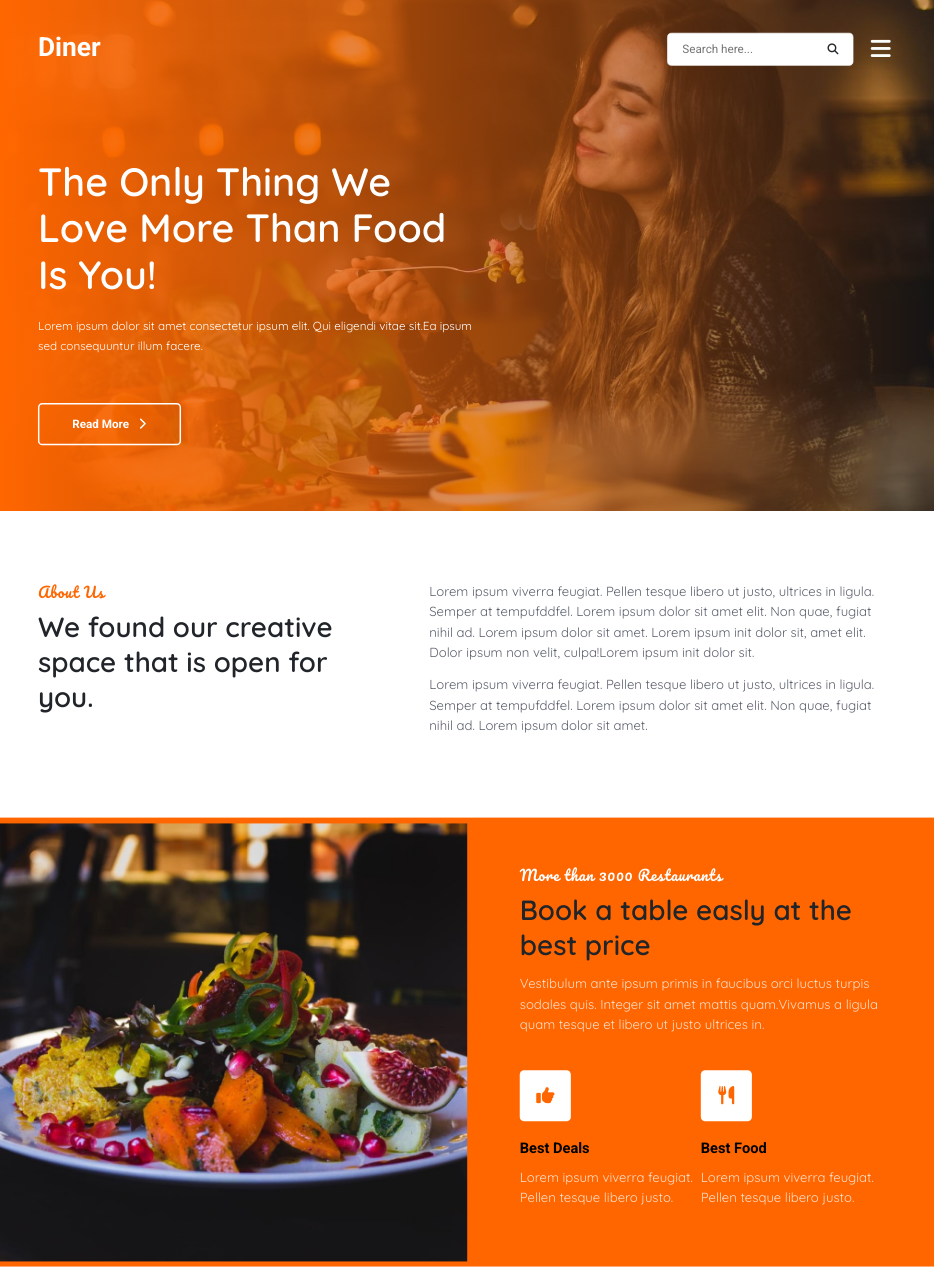
Repository: minhtrivu6199/Diner
Page: index.html
These files come from the project's save history. The page is drawn as it stood at one moment and after the next save; the edit follows.
The browser window is 1280 px wide. The pictures show the whole page, at 73% of full size.
Backgrounds fixed to the window are drawn as part of the page. The style sheet was rebuilt from its Sass, Less or Tailwind sources for each picture, by a compiler version that may differ from the author's.

Above is the page before, as saved 2022-10-10 16:17:38.

### index.html
<!DOCTYPE html>
<html lang="en">
  <head>
    <title>Title</title>
    <!-- Required meta tags -->
    <meta charset="utf-8" />
    <meta
      name="viewport"
      content="width=device-width, initial-scale=1, shrink-to-fit=no"
    />
    <!-- FontAwesome 6.2.0 CSS -->
    <link
      rel="stylesheet"
      href="https://cdnjs.cloudflare.com/ajax/libs/font-awesome/6.2.0/css/all.min.css"
      integrity="sha512-xh6O/CkQoPOWDdYTDqeRdPCVd1SpvCA9XXcUnZS2FmJNp1coAFzvtCN9BmamE+4aHK8yyUHUSCcJHgXloTyT2A=="
      crossorigin="anonymous"
      referrerpolicy="no-referrer"
    />

    <!-- Font -->
    <link rel="preconnect" href="https://fonts.googleapis.com" />
    <link rel="preconnect" href="https://fonts.gstatic.com" crossorigin />
    <link
      href="https://fonts.googleapis.com/css2?family=Roboto:wght@100;300;400;500;700;900&display=swap"
      rel="stylesheet"
    />
    <link
      href="https://fonts.googleapis.com/css2?family=Pacifico&display=swap"
      rel="stylesheet"
    />
    <link
      href="https://fonts.googleapis.com/css2?family=Quicksand:wght@300;400;500;600;700&display=swap"
      rel="stylesheet"
    />

    <!-- Bootstrap CSS v5.2.1 -->
    <link
      href="https://cdn.jsdelivr.net/npm/bootstrap@5.2.1/dist/css/bootstrap.min.css"
      rel="stylesheet"
      integrity="sha384-iYQeCzEYFbKjA/T2uDLTpkwGzCiq6soy8tYaI1GyVh/UjpbCx/TYkiZhlZB6+fzT"
      crossorigin="anonymous"
    />
    <!-- CSS -->
    <link rel="stylesheet" href="./css/style.min.css" />
  </head>

  <body>
    <!-- HEADER BANNER -->
    <section class="header-banner">
      <div class="container">
        <!-- BANNER HEADER -->
        <div class="banner-header">
          <div class="banner-logo">
            <h1>
              <a href="" class="logo-brand">Diner</a>
            </h1>
          </div>
          <div class="banner-right-content">
            <div class="search-bar">
              <form class="search position-relative">
                <input
                  type="search"
                  class="search-input"
                  placeholder="Search here..."
                />
                <span class="fa fa-search search-icon"></span>
              </form>
            </div>
            <div class="menu text-center">
              <div class="mobile-position">
                <nav class="navigation">
                  <!-- <div class="theme-switch-wrapper">
                    <label for="checkbox" class="theme-switch">
                      <input type="checkbox" id="checkbox" />
                      <div class="mode-container">
                        <i class="fa fa-sun"></i>
                        <i class="fa fa-moon"></i>
                      </div>
                    </label>
                  </div> -->
                </nav>
              </div>
              <div class="mobile-nav-button text-center">
                <button id="trigger-overlay" type="button">
                  <i class="fa fa-bars" aria-hidden="true"></i>
                </button>
              </div>
            </div>
          </div>
          <!-- NAV MENU -->
          <div class="overlay overlay-scale">
            <button type="button" class="overlay-close">
              <i class="fa fa-times" aria-hidden="true"></i>
            </button>

            <nav>
              <ul>
                <li><a href="index.html" class="active">Home</a></li>
                <li><a href="about.html">About</a></li>
                <li><a href="services.html">Services</a></li>
                <li><a href="blog.html">Blog</a></li>
                <li><a href="error.html">404</a></li>
                <li><a href="">Landing Page</a></li>
                <li><a href="contact.html">Contact</a></li>
                <li><a href="">Shot Codes</a></li>
                <li><a href="">Email</a></li>
              </ul>
            </nav>
          </div>
          <!-- END NAV MENU -->
        </div>
        <!-- END BANNER HEADER -->
        <div class="banner-info">
          <h3 class="mb-4 title">The only thing we love more than food is you!</h3>
          <div class="separator"></div>
          <p class="pr-lg-5 mt-md-4 mt-3">
            Lorem ipsum dolor sit amet consectetur ipsum elit. Qui eligendi
            vitae sit.Ea ipsum sed consequuntur illum facere.
          </p>
          <a class="btn btn-white mt-sm-5 mt-4 mr-2" href="about.html">
            Read More
            <span class="fa fa-chevron-right ms-2" aria-hidden="true"></span>
          </a>
        </div>
      </div>
    </section>
    <!-- END HEADER -->

    <!-- ABOUT -->
    <section class="about-us py-5">
      <div class="container py-md-5">
        <div class="row content">
          <div class="col-lg-5 content-left">
            <div class="about-title">
              <h6 class="subtitle">About Us</h6>
              <h3 class="title mb-4">
                We found our creative space that is open for you.
              </h3>
            </div>
          </div>
          <div class="col-lg-7 content-right ps-lg-5">
            <p>
              Lorem ipsum viverra feugiat. Pellen tesque libero ut justo, ultrices in ligula. Semper at tempufddfel. Lorem ipsum dolor sit amet elit. Non quae, fugiat nihil ad. Lorem ipsum dolor sit amet. Lorem ipsum init dolor sit, amet elit. Dolor ipsum non velit, culpa!Lorem ipsum init dolor sit.
            </p>
            <p class="mt-3">
              Lorem ipsum viverra feugiat. Pellen tesque libero ut justo, ultrices in ligula. Semper at tempufddfel. Lorem ipsum dolor sit amet elit. Non quae, fugiat nihil ad. Lorem ipsum dolor sit amet.
            </p>
          </div>
        </div>
      </div>
    </section>
    <!-- END ABOUT -->

    <!-- AGENT -->
    <section class="agent">
      <div class="container-fluid">
        <div class="row align-items-center gx-0">
          <div class="col-lg-6 pt-lg-0 pt-5">
            <div class="agent-image"></div>
          </div>
          <div class="col-lg-6 px-lg-4 py-lg-3 py-4">
            <div class="agent-info p-md-5 p-3">
              <h6 class="subtitle">
                More than 3000 Restaurants
              </h6>
              <h3 class="title">
                Book a table easly at the best price
              </h3>
              <p class="my-3">
                Vestibulum ante ipsum primis in faucibus orci luctus turpis sodales quis. Integer sit amet mattis quam.Vivamus a ligula quam tesque et libero ut justo ultrices in.
              </p>
              <div class="agent-interactive mt-5 gx-3">
                <div class="gd">
                  <div class="icon mb-4">
                    <span class="fa fa-thumbs-up"></span>
                  </div>
                  <a href="#" class="gd-link">Best Deals</a>
                  <p class="mt-2">
                    Lorem ipsum viverra feugiat. Pellen tesque libero justo.
                  </p>
                </div>
                <div class="gd">
                  <div class="icon mb-4">
                    <span class="fa fa-cutlery"></span>
                  </div>
                  <a href="#" class="gd-link">Best Food</a>
                  <p class="mt-2">
                    Lorem ipsum viverra feugiat. Pellen tesque libero justo.
                  </p>
                </div>
              </div>
            </div>
          </div>
        </div>
      </div>
    </section>
    <!-- END AGENT -->

    <!-- Bootstrap JavaScript Libraries -->
    <script
      src="https://cdn.jsdelivr.net/npm/@popperjs/core@2.11.6/dist/umd/popper.min.js"
      integrity="sha384-oBqDVmMz9ATKxIep9tiCxS/Z9fNfEXiDAYTujMAeBAsjFuCZSmKbSSUnQlmh/jp3"
      crossorigin="anonymous"
    ></script>

    <script
      src="https://cdn.jsdelivr.net/npm/bootstrap@5.2.1/dist/js/bootstrap.min.js"
      integrity="sha384-7VPbUDkoPSGFnVtYi0QogXtr74QeVeeIs99Qfg5YCF+TidwNdjvaKZX19NZ/e6oz"
      crossorigin="anonymous"
    ></script>

    <!-- JS -->
    <script src="./js/modernizr-2.6.2.min.js"></script>
    <script src="./js/classie.js"></script>
    <script src="./js/main.js"></script>
  </body>
</html>

### js/classie.js
/*!
 * classie - class helper functions
 * from bonzo https://github.com/ded/bonzo
 *
 * classie.has( elem, 'my-class' ) -> true/false
 * classie.add( elem, 'my-new-class' )
 * classie.remove( elem, 'my-unwanted-class' )
 * classie.toggle( elem, 'my-class' )
 */

/*jshint browser: true, strict: true, undef: true */
/*global define: false */

(function (window) {
  "use strict";

  // class helper functions from bonzo https://github.com/ded/bonzo

  function classReg(className) {
    return new RegExp("(^|\\s+)" + className + "(\\s+|$)");
  }

  // classList support for class management
  // altho to be fair, the api sucks because it won't accept multiple classes at once
  var hasClass, addClass, removeClass;

  if ("classList" in document.documentElement) {
    hasClass = function (elem, c) {
      return elem.classList.contains(c);
    };
    addClass = function (elem, c) {
      elem.classList.add(c);
    };
    removeClass = function (elem, c) {
      elem.classList.remove(c);
    };
  } else {
    hasClass = function (elem, c) {
      return classReg(c).test(elem.className);
    };
    addClass = function (elem, c) {
      if (!hasClass(elem, c)) {
        elem.className = elem.className + " " + c;
      }
    };
    removeClass = function (elem, c) {
      elem.className = elem.className.replace(classReg(c), " ");
    };
  }

  function toggleClass(elem, c) {
    var fn = hasClass(elem, c) ? removeClass : addClass;
    fn(elem, c);
  }

  var classie = {
    // full names
    hasClass: hasClass,
    addClass: addClass,
    removeClass: removeClass,
    toggleClass: toggleClass,
    // short names
    has: hasClass,
    add: addClass,
    remove: removeClass,
    toggle: toggleClass,
  };

  // transport
  if (typeof define === "function" && define.amd) {
    // AMD
    define(classie);
  } else {
    // browser global
    window.classie = classie;
  }
})(window);

### js/main.js
(function () {
  var container = document.querySelector("div.container"),
    triggerBttn = document.getElementById("trigger-overlay"),
    overlay = document.querySelector("div.overlay"),
    closeBttn = overlay.querySelector("button.overlay-close");
  (transEndEventNames = {
    WebkitTransition: "webkitTransitionEnd",
    MozTransition: "transitionend",
    OTransition: "oTransitionEnd",
    msTransition: "MSTransitionEnd",
    transition: "transitionend",
  }),
    (transEndEventName = transEndEventNames[Modernizr.prefixed("transition")]),
    (support = { transitions: Modernizr.csstransitions });

  function toggleOverlay() {
    if (classie.has(overlay, "open")) {
      classie.remove(overlay, "open");
      classie.remove(container, "overlay-open");
      classie.add(overlay, "close");
      var onEndTransitionFn = function (ev) {
        if (support.transitions) {
          if (ev.propertyName !== "visibility") return;
          this.removeEventListener(transEndEventName, onEndTransitionFn);
        }
        classie.remove(overlay, "close");
      };
      if (support.transitions) {
        overlay.addEventListener(transEndEventName, onEndTransitionFn);
      } else {
        onEndTransitionFn();
      }
    } else if (!classie.has(overlay, "close")) {
      classie.add(overlay, "open");
      classie.add(container, "overlay-open");
    }
  }

  triggerBttn.addEventListener("click", toggleOverlay);
  closeBttn.addEventListener("click", toggleOverlay);
})();

### scss/style.scss
@import "./base/variables";
@import "./pages/components/menu";



.header-banner {
  background-image: linear-gradient(to right, $orange, hsl(30deg 100% 1% / 20%)),
    url(../img/banner1.jpg);
  background-size: cover;
  background-position: initial;
  background-repeat: no-repeat;
  background-attachment: fixed;
  min-height: 700px;
  .container {
    .banner-header {
      display: flex;
      justify-content: space-between;
      align-items: center;
      padding: 40px 0 20px 0;
      .banner-logo {
        .logo-brand {
          font-size: 36px;
          font-weight: 700;
          color: $white;
        }
      }

      .banner-right-content {
        display: flex;
        justify-content: center;
        align-items: center;
        .search-bar {
          display: flex;
          .search {
            .search-input {
              padding: 10px 50px 10px 20px;
              height: 45px;
              font-size: 16px;
              color: $font-color;
              font-weight: 400;
              border-radius: 6px;
              position: relative;
              right: 0;
              background: $white;
              outline: 0;
              border: 1px solid $white;
            }
            .search-icon {
              position: absolute;
              right: 20px;
              font-size: 15px;
              cursor: pointer;
              top: 15px;
            }
          }
        }

        .menu {
          display: flex;
          justify-content: center;
          align-items: center;
          .mobile-nav-button {
            margin-left: 1rem;
          }
        }
      }
    }

    .banner-info {
        max-width: 600px;
        text-align: left;
        margin-top: 100px;
        h3 {
            font-size: 54px;
            line-height: 64px;
            text-transform: capitalize;
            color: $white;
        }
        p {
            font-size: 16px;
            line-height: 28px;
            color: $white;
        }

        .btn-white {
            background: transparent;
            border: 2px solid $white;
            color: $white;
            padding: 12px 45px;
            font-size: 16px;
            line-height: 30px;
            font-weight: 700;
            transition: 0.3s ease-in;
            border-radius: 6px;

            &:hover {
                background: $white;
                color: $orange;
            }
        }
    }
  }
}


.about-us {
    .container {
        .content {
            .content-right {
                p {
                    color: $font-color;
                }
            }
        }
    }
}

.agent {
    background: $orange;
    .container-fluid {
        margin: 0;
        padding: 0;
        .agent-image {
            background-image: url(../img/banner3.jpg);
            background-repeat: no-repeat;
            background-size: cover;
            background-position: center;
            position: relative;
            z-index: 1;
            min-height: 600px;
        }

        .agent-info {
            .subtitle {
                color: $white;
            }
            p {
                color: #ffdfc9;
            }
        }

        .agent-interactive {
            display: grid;
            grid-template-columns: 1fr 1fr;
            row-gap: 30px;
            .icon {
                background: $white;
                width: 70px;
                height: 70px;
                text-align: center;
                line-height: 70px;
                border-radius: 6px;
                transition: 0.3s ease-in-out;
                span.fa {
                    color: $orange;
                    font-size: 25px;
                    line-height:  70px;
                }
            }
            .gd-link {
                color: #000;
                font-weight: 700;
                line-height: 1.2;
                margin-bottom: 15px;
                font-size: 20px;
                display: block;
            }
        }
    }
}

### scss/base/_variables.scss
// Color
$blue: #007bff;
$indigo: #6610f2;
$purple: #6f42c1;
$pink: #e83e8c;
$red: #dc3545;
$orange: #ff6600;
$yellow: #ffc107;
$green: #28a745;
$teal: #20c997;
$cyan: #17a2b8;
$white: #fff;
$gray: #6c757d;
$gray-dark: #343a40;
$light-orange: #f8b195;
$success: #28a745;
$info: #17a2b8;
$warning: #ffc107;
$danger: #dc3545;
$light: #f8f9fa;
$dark: #343a40;
$font-color: rgba(22, 28, 45, 0.7);

*, ::after, ::before {
    margin: 0;
    padding: 0;
    box-sizing: border-box;
}

html,
body {
  font-family: "Roboto", sans-serif;
}
a {
  text-decoration: none;
  background-color: transparent;
  cursor: pointer;
}

.container {
    max-width: 1200px;
}

.subtitle {
    font-family: 'Pacifico', cursive;
    font-size: 20px;
    font-weight: 400;
    line-height: 30px;
    letter-spacing: 1px;
    color: $orange;
}

.title {
    font-size: 38px;
    line-height: 48px;
    font-weight: 600;
    font-family: 'Quicksand', sans-serif;
}

p {
    font-size: 18px;
    line-height: 28px;
    font-family: 'Quicksand', sans-serif;
}

### scss/pages/components/_menu.scss
@import '../../base/variables';
.overlay {
	position: fixed;
	width: 100%;
	height: 100%;
	top: 0;
	left: 0;
	background: rgb(6 3 0 / 77%);
}

/* Overlay closing cross */
.overlay .overlay-close {
    width: 40px;
    height: 40px;
    position: absolute;
    right: 40px;
    top: 40px;
    overflow: hidden;
    border: none;
    background: $orange;
    color: #fff;
    border-radius: 6px;
}

button#trigger-overlay {
	outline: none;
	border: none;
	background: none;
	text-align: center;
	color: #fbfdfb;
	font-size: 1.95em;
	padding: 0 8px;
}

/* Menu style */
.overlay nav {
	text-align: center;
	position: relative;
	top: 50%;
	height: 60%;
	-webkit-transform: translateY(-50%);
	transform: translateY(-50%);
}
.overlay ul {
	list-style: none;
	padding: 0;
	margin: 0 auto;
	display: inline-block;
	height: 100%;
	position: relative;
}
.overlay ul li {
	display: block;
	-webkit-backface-visibility: hidden;
	backface-visibility: hidden;
    line-height:3em;
}
.overlay ul li a {
	font-size: 20px;
	font-weight: 600;
	display: block;
	color: #fff;
	-webkit-transition: color 0.2s;
	transition: color 0.2s;
}

.overlay ul li a:hover,
.overlay ul li a:focus {
	color: $orange;
}

/* Effects */
.overlay-scale {
	visibility: hidden;
	opacity: 0;
	-webkit-transform: scale(0.9);
	transform: scale(0.9);
	-webkit-transition: -webkit-transform 0.2s, opacity 0.2s, visibility 0s 0.2s;
	transition: transform 0.2s, opacity 0.2s, visibility 0s 0.2s;
}

.overlay-scale.open {
	visibility: visible;
	opacity: 1;
	-webkit-transform: scale(1);
	transform: scale(1);
	-webkit-transition: -webkit-transform 0.4s, opacity 0.4s;
	transition: transform 0.4s, opacity 0.4s;
}

@media screen and (max-height: 30.5em) {
	.overlay nav {
		height: 70%;
		font-size: 34px;
	}

	.overlay ul li {
		min-height: 34px;
	}
}
@media (max-width:767px) {
	.overlay ul li a {
		font-size: 16px;
	}
	.overlay ul li {
		line-height: 2.5em;
	}
}
@media (max-width:600px) {
	.overlay ul li a {
		font-size: 16px;
	}
	.overlay ul li {
		line-height: 2.2em;
	}
}

Loaded but not shown: js/modernizr-2.6.2.min.js (library)

After the next save:
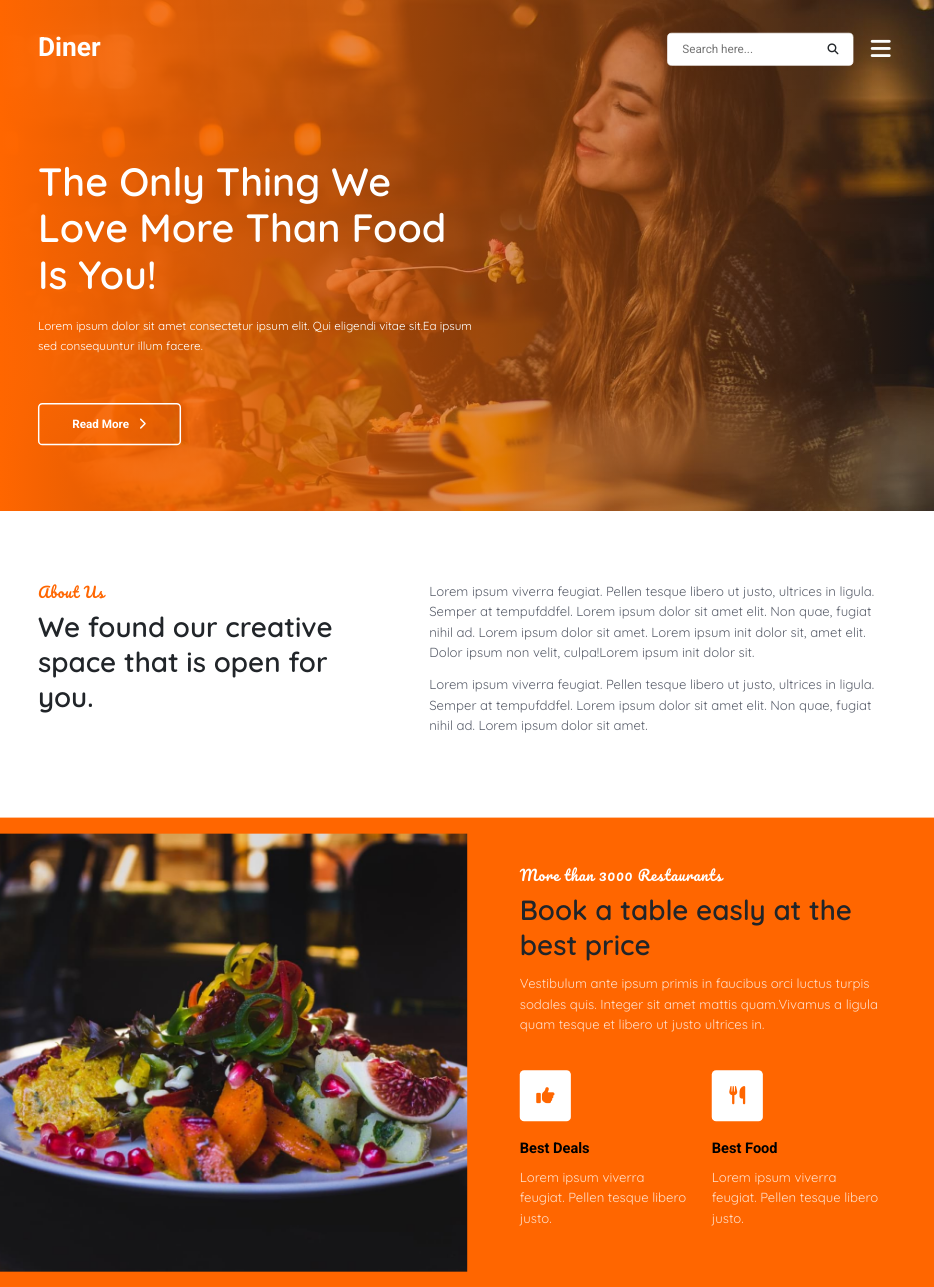
Saved 13 s later.
--- a/scss/style.scss
+++ b/scss/style.scss
@@ -142,7 +142,7 @@
         .agent-interactive {
             display: grid;
             grid-template-columns: 1fr 1fr;
-            row-gap: 30px;
+            gap: 30px;
             .icon {
                 background: $white;
                 width: 70px;
